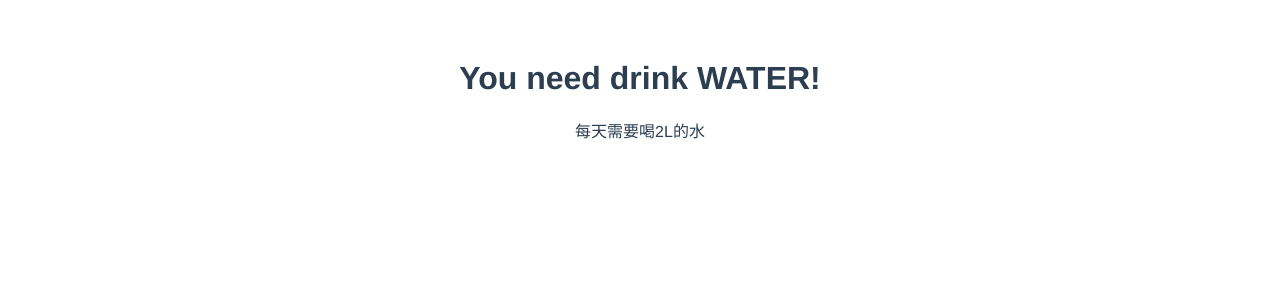
Repository: xuehebinglan/apps.xuehebinglan.com
Page: /drink-water
The author's editor kept a copy of each file at every save. The page is drawn from the files as they stood at one save, then again after the next save.
The browser window is 1280 px wide. The pictures show the whole page.
The project was rebuilt for these pictures with package versions that can differ from the ones it lists, and the page was loaded fresh each time. Also part of the build but not shown: src/components/HomePage.vue.

Above is the page before, as saved 2018-06-20 15:26:01.

After the next save:
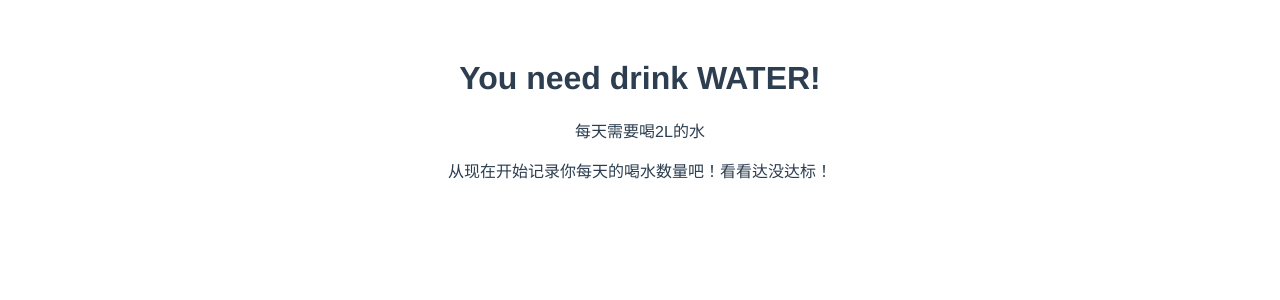
Saved 30 s later.
--- a/src/components/DrinkWater.vue
+++ b/src/components/DrinkWater.vue
@@ -4,6 +4,7 @@
       {{title}}
     </h1>
     <p>每天需要喝2L的水</p>
+    <p>从现在开始记录你每天的喝水数量吧！看看达没达标！</p>
   </div>
 </template>
 
